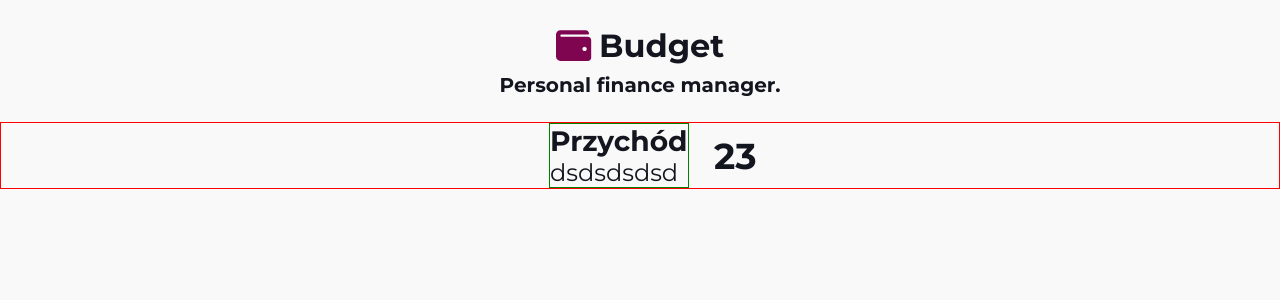
Repository: KrzysKolo/sr_tydzien4_zad4
Page: /
The author's editor kept a copy of each file at every save. The page is drawn from the files as they stood at one save, then again after the next save.
The browser window is 1280 px wide. The pictures show the whole page.
Some web libraries are served in a nearby version. The project was rebuilt for these pictures with package versions that can differ from the ones it lists, and the page was loaded fresh each time.

Above is the page before, as saved 2020-11-29 13:43:02.

After the next save:
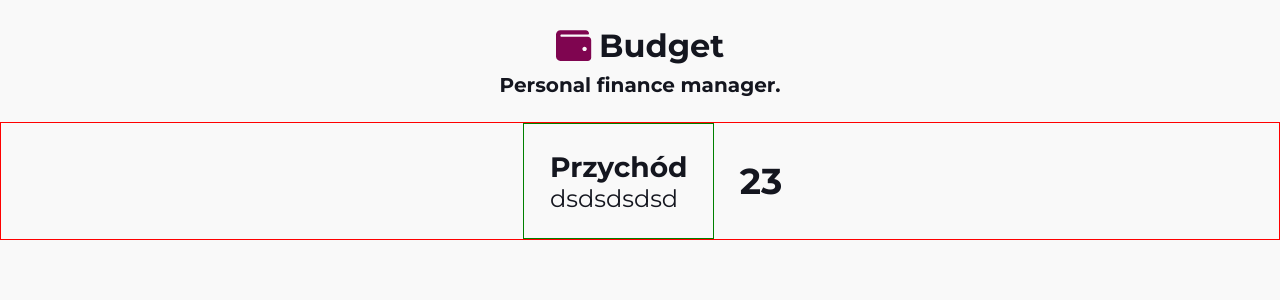
Saved 41 s later.
--- a/src/components/budgetComponents/Section.js
+++ b/src/components/budgetComponents/Section.js
@@ -3,10 +3,11 @@ import H1 from './sectionComponents/H1';
 import styled from 'styled-components';
 
 const SectionWrapper = styled.section`
+    border: 1px solid green;
     display: flex;
     flex-direction: column;
     margin: 0 2vw;
-    border: 1px solid green;
+    padding: 2%;
 `;
 const Section = () => {
     return (
